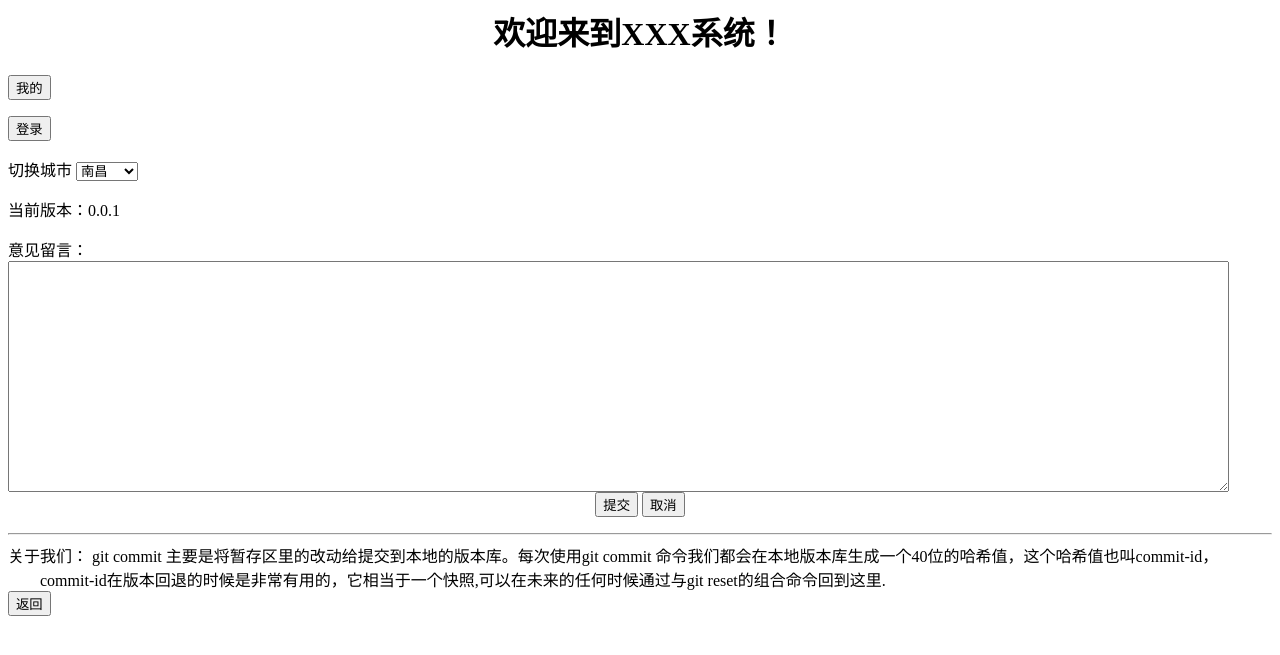
Repository: never-404/Intelligent-recommendation-system
Page: http://localhost/Intelligent-recommendation-system/mainpage.jsp
The author's editor kept a copy of each file at every save. The page is drawn from the files as they stood at one save, then again after the next save.
The browser window is 1280 px wide. The pictures show the whole page.
The page is served by Tomcat 9. Nobody is signed in. The application's start-up code is not run.

Above is the page before, as saved 2019-04-12 10:17:47.

After the next save:
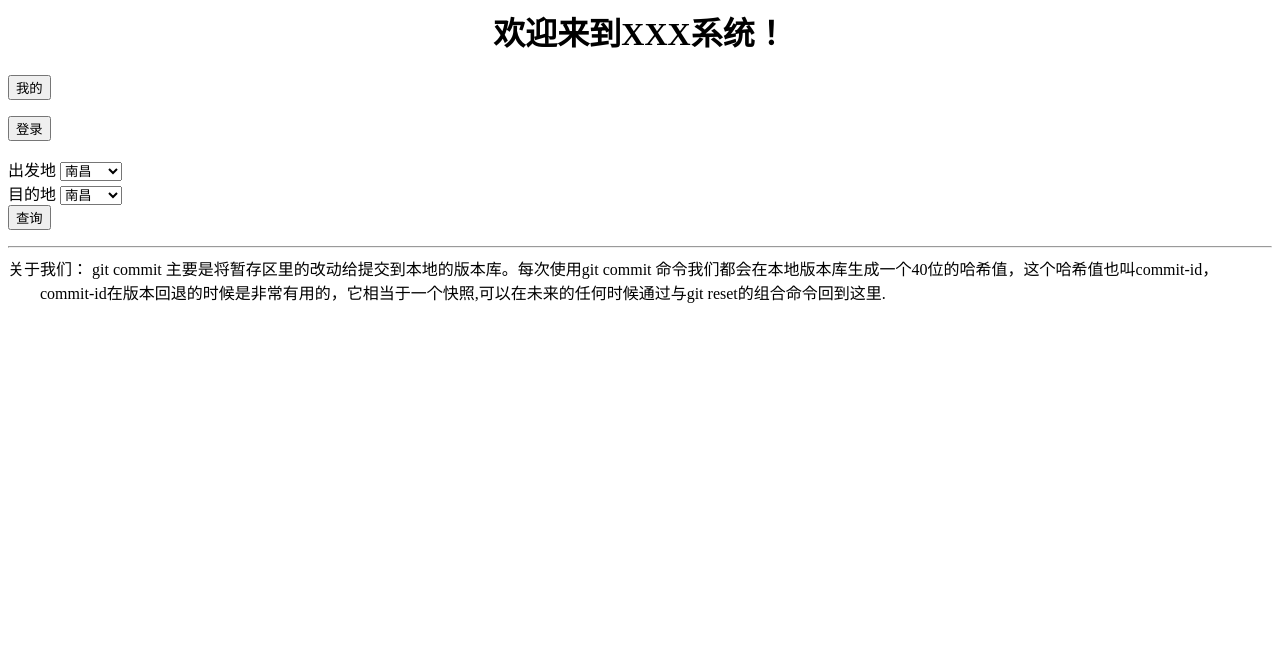
Saved 2 s later.
--- a/Intelligent-recommendation-system/WebRoot/mainpage.jsp
+++ b/Intelligent-recommendation-system/WebRoot/mainpage.jsp
@@ -42,30 +42,31 @@
 		<input type="submit" value ="登录">
 	</form>
 
-    	切换城市
+    	出发地
     	<select>
     		<option>南昌</option>
     		<option>北京</option>
     		<option>黑龙江</option>
     	</select>
         <br>
-        <p>当前版本：0.0.1</p>
 
-	<form>
-		意见留言：        <br>
-		<textarea rows="15" cols="150"></textarea><br>
-		<div class="a">
-			<input type="submit" value ="提交">
-			<input type="reset"  value="取消">
-		</div>
+    	目的地
+    	<select>
+    		<option>南昌</option>
+    		<option>北京</option>
+    		<option>黑龙江</option>
+    	</select>
+        <br>
+
+	<form action = "result.jsp" method = "post">
+		<input type="submit" value ="查询">
 	</form>
+
 	<hr>
 	关于我们： git commit 主要是将暂存区里的改动给提交到本地的版本库。每次使用git commit 命令我们都会在本地版本库生成一个40位的哈希值，这个哈希值也叫commit-id，
 　　commit-id在版本回退的时候是非常有用的，它相当于一个快照,可以在未来的任何时候通过与git reset的组合命令回到这里.
         <br>
-	<form action = "mainpage.jsp" method = "post">
-		<input type="submit" value ="返回">
-	</form>
+
 
 	</body>
 
